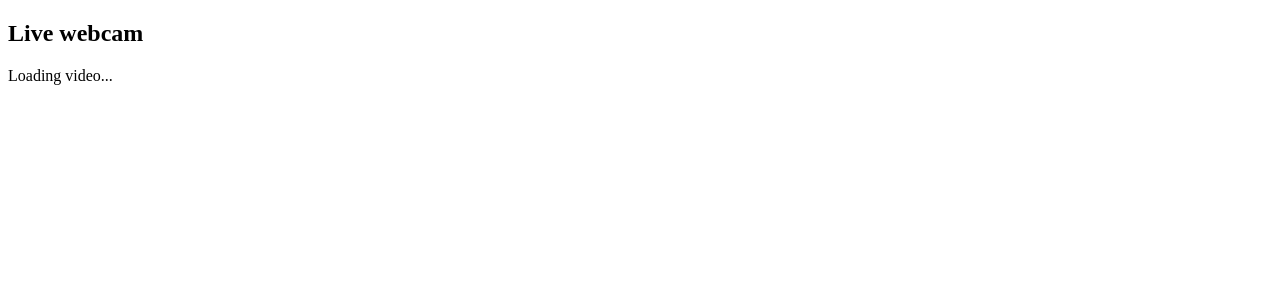
Repository: AzenKain/Traffic-Red-Light-Running-Violation-Detection
Page: / (app in client-web/client-web/)
These files come from the project's save history. The page is drawn as it stood at one moment and after the next save; the edit follows.
The browser window is 1280 px wide. The pictures show the whole page.
The page's requests for data from a server got no answer. The project was rebuilt for these pictures with package versions that can differ from the ones it lists, and the page was loaded fresh each time. The framework's server and built-in components were replaced by stand-ins that run in the browser. No one was signed in, and anything a server would have sent is missing.

Above is the page before, as saved 2025-03-22 22:14:06.

### client-web/client-web/src/app/page.tsx
"use client";

import VideoStream from "@/components/videostream";


export default function App() {
  return (
    <main className="flex min-h-screen items-center justify-center bg-gray-100">
      <VideoStream />
    </main>
  );
}

### client-web/client-web/src/components/videostream/index.tsx
"use client";
import { useEffect, useState } from "react";

export default function VideoStream() {
  const [imageSrc, setImageSrc] = useState<string | null>(null);

  useEffect(() => {
    const ws = new WebSocket("ws://localhost:8000/ws");

    ws.onmessage = (event) => {

      setImageSrc(`data:[embedded picture, 37 characters]);
    };

    ws.onerror = (error) => {
      console.error("WebSocket Error:", error);
    };

    return () => {
      ws.close();
    };
  }, []);

  return (
    <div className="flex flex-col items-center">
      <h2 className="text-xl font-bold mb-4">Live webcam</h2>
      {imageSrc ? (
        <img src={imageSrc} alt="Live Stream" className="rounded-lg shadow-lg" />
      ) : (
        <p>Loading video...</p>
      )}
    </div>
  );
}

After the next save:
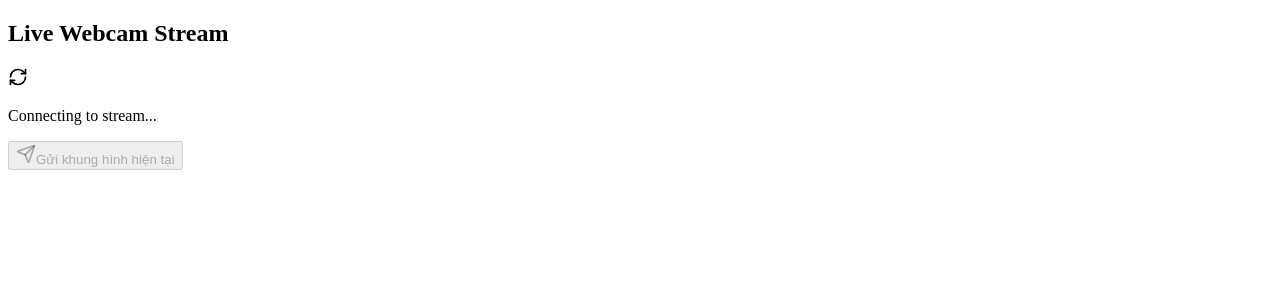
Saved 63 s later.
--- a/client-web/client-web/src/components/videostream/index.tsx
+++ b/client-web/client-web/src/components/videostream/index.tsx
@@ -1,14 +1,16 @@
 "use client";
 import { useEffect, useState } from "react";
+import { Send, RefreshCw, Check } from "lucide-react";
 
 export default function VideoStream() {
   const [imageSrc, setImageSrc] = useState<string | null>(null);
+  const [isSending, setIsSending] = useState(false);
+  const [sendSuccess, setSendSuccess] = useState(false);
 
   useEffect(() => {
     const ws = new WebSocket("ws://localhost:8000/ws");
 
     ws.onmessage = (event) => {
-
       setImageSrc(`data:[embedded picture, 37 characters]);
     };
 
@@ -21,13 +23,79 @@ export default function VideoStream() {
     };
   }, []);
 
+  const sendCurrentFrameToAPI = async () => {
+    if (!imageSrc) return;
+
+    try {
+      setIsSending(true);
+      // Xử lý base64 string để gửi đi
+      const base64Data = imageSrc.split(',')[1];
+
+      const response = await fetch('https://your-api-endpoint.com/images', {
+        method: 'POST',
+        headers: {
+          'Content-Type': 'application/json',
+        },
+        body: JSON.stringify({ image: base64Data }),
+      });
+
+      if (response.ok) {
+        setSendSuccess(true);
+        setTimeout(() => setSendSuccess(false), 3000);
+      } else {
+        console.error('Failed to send image to API');
+      }
+    } catch (error) {
+      console.error('Error sending image:', error);
+    } finally {
+      setIsSending(false);
+    }
+  };
+
   return (
-    <div className="flex flex-col items-center">
-      <h2 className="text-xl font-bold mb-4">Live webcam</h2>
-      {imageSrc ? (
-        <img src={imageSrc} alt="Live Stream" className="rounded-lg shadow-lg" />
-      ) : (
-        <p>Loading video...</p>
+    <div className="flex flex-col items-center max-w-3xl mx-auto p-6 bg-gray-50 rounded-xl shadow-md">
+      <h2 className="text-2xl font-bold mb-6 text-gray-800">Live Webcam Stream</h2>
+
+      <div className="relative w-full rounded-lg overflow-hidden bg-black">
+        {imageSrc ? (
+          <img
+            src={imageSrc}
+            alt="Live Stream"
+            className="w-full h-auto object-contain rounded-lg shadow-lg"
+          />
+        ) : (
+          <div className="flex items-center justify-center h-64 bg-gray-800 text-white">
+            <RefreshCw className="animate-spin mr-2" size={20} />
+            <p>Connecting to stream...</p>
+          </div>
+        )}
+      </div>
+
+      <div className="flex mt-6">
+        <button
+          onClick={sendCurrentFrameToAPI}
+          disabled={!imageSrc || isSending}
+          className="flex items-center px-4 py-2 bg-blue-600 text-white rounded-lg shadow hover:bg-blue-700 transition-colors disabled:opacity-50 disabled:cursor-not-allowed"
+        >
+          {isSending ? (
+            <>
+              <RefreshCw className="animate-spin mr-2" size={20} />
+              Đang gửi...
+            </>
+          ) : (
+            <>
+              <Send className="mr-2" size={20} />
+              Gửi khung hình hiện tại
+            </>
+          )}
+        </button>
+      </div>
+
+      {sendSuccess && (
+        <div className="mt-4 flex items-center p-2 bg-green-100 text-green-800 rounded">
+          <Check size={16} className="mr-2" />
+          Khung hình đã được gửi thành công!
+        </div>
       )}
     </div>
   );
